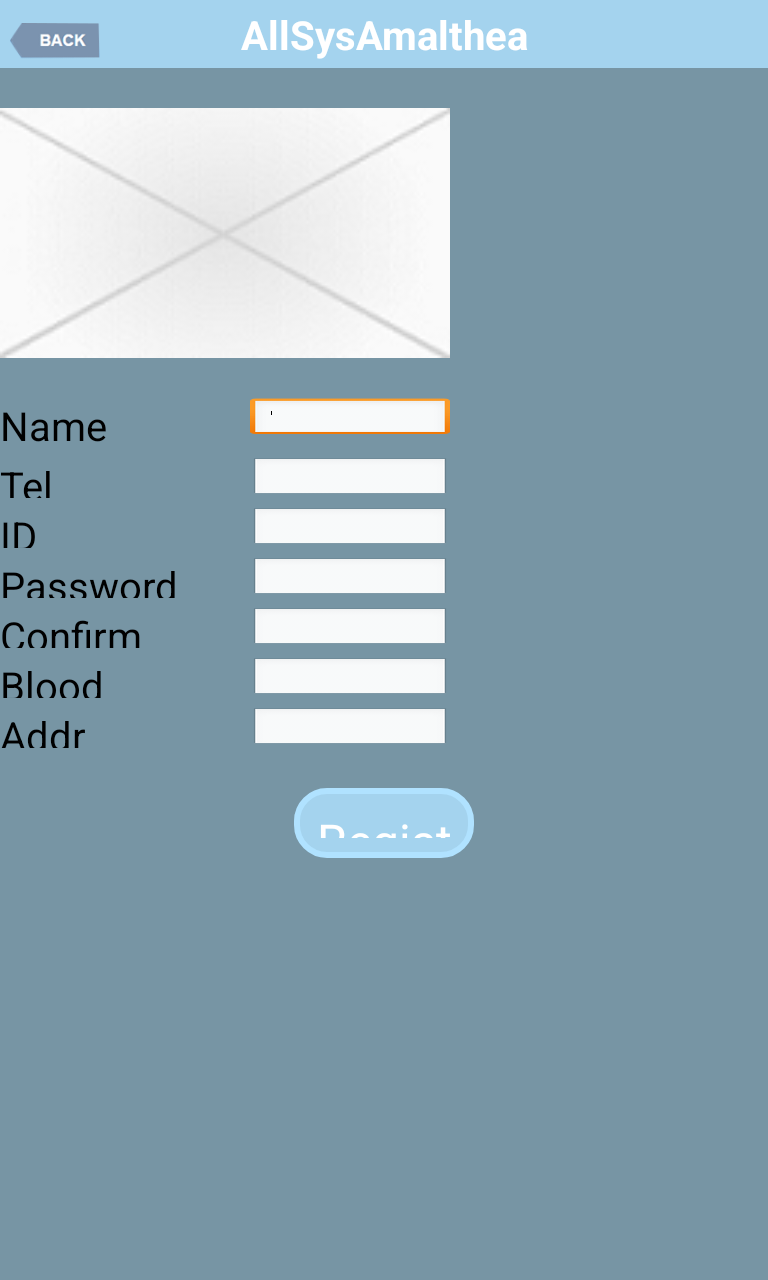
Repository: AllSysAmalthea/AllSys
Layout: APP/AppUI code/代码/Allsys/res/layout/activity_register.xml
The author's editor kept a copy of each file at every save. The layout is drawn from the files as they stood at one save, then again after the next save.
It is drawn on a 768 x 1280 px phone screen (xhdpi) without system bars, with theme android:Theme.NoTitleBar; the app's code is not run.

Above is the layout before, as saved 2015-06-08 02:38:24.

### APP/AppUI code/代码/Allsys/res/layout/activity_register.xml
<RelativeLayout xmlns:android="http://schemas.android.com/apk/res/android"
    xmlns:tools="http://schemas.android.com/tools"
    android:layout_width="match_parent"
    android:layout_height="wrap_content"
    android:layout_gravity="center_horizontal"
    android:background="@drawable/back"
    android:gravity="top"
    tools:context=".LogInActivity" >

    <AbsoluteLayout
        android:id="@+id/linearLayout1"
        android:layout_width="fill_parent"
        android:layout_height="wrap_content"
        android:orientation="horizontal" >

        <TextView
            android:id="@+id/header_text"
            android:layout_width="fill_parent"
            android:layout_height="68px"
            android:layout_x="0px"
        	android:layout_y="0px"
            android:gravity="center"
            android:singleLine="true"
            android:text="AllSysAmalthea"
            android:background="#A4D3EE"
            android:textColor="#ffffff"
            android:textSize="20sp"
            android:textStyle="bold" />

        <ImageButton
            android:id="@+id/header_left_btn"
            android:layout_width="90px"
            android:layout_height="60px"
            android:layout_x="5dp"
            android:layout_y="4dp"
            android:background="@drawable/pic2" />

    </AbsoluteLayout>

     <ImageView
         android:id="@+id/myImageView1"
         android:layout_width="450px"
         android:layout_height="250px"
         android:layout_below="@+id/linearLayout1"
         android:layout_marginTop="20dp"
         android:background="@drawable/news2" />

     <TextView
         android:id="@+id/textview1"
         android:layout_width="200px"
         android:layout_height="50px"
         android:layout_alignLeft="@+id/myImageView1"
         android:layout_below="@+id/myImageView1"
         android:layout_marginTop="20dp"
         android:textColor="#000000"
         android:textSize="20sp"
         android:text="Name" />

     <EditText
         android:id="@+id/Name"
         android:layout_width="200px"
         android:layout_height="40px"
         android:layout_alignRight="@+id/myImageView1"
         android:layout_alignTop="@+id/textview1"
         android:ems="10"
         android:textSize="20sp"
         android:inputType="textPersonName" >

         <requestFocus />
     </EditText>

     <TextView
         android:id="@+id/textView2"
         android:layout_width="200px"
         android:layout_height="40px"
         android:layout_alignLeft="@+id/textview1"
         android:layout_below="@+id/textview1"
         android:layout_marginTop="5dp"
         android:text="Tel"
         android:textColor="#000000"
         android:textSize="20sp"/>

     <EditText
         android:id="@+id/Tel"
         android:layout_width="200px"
         android:layout_height="40px"
         android:layout_alignLeft="@+id/Name"
         android:layout_alignTop="@+id/textView2"
         android:ems="10"
         android:textSize="20sp"/>

     <TextView
         android:id="@+id/textView3"
         android:layout_width="200px"
         android:layout_height="40px"
         android:layout_alignLeft="@+id/textView2"
         android:layout_below="@+id/textView2"
         android:layout_marginTop="5dp"
         android:text="ID"
         android:textColor="#000000"
         android:textSize="20sp"/>

     <EditText
         android:id="@+id/ID"
         android:layout_width="200px"
         android:layout_height="40px"
         android:layout_alignLeft="@+id/Tel"
         android:layout_alignTop="@+id/textView3"
         android:ems="10"
         android:textSize="20sp" />

     <TextView
         android:id="@+id/textView4"
         android:layout_width="200px"
         android:layout_height="40px"
         android:layout_alignLeft="@+id/textView3"
         android:layout_below="@+id/textView3"
         android:layout_marginTop="5dp"
         android:text="Password"
         android:textColor="#000000"
         android:textSize="20sp" />

     <EditText
         android:id="@+id/Password"
         android:layout_width="200px"
         android:layout_height="40px"
         android:layout_alignLeft="@+id/ID"
         android:layout_alignTop="@+id/textView4"
         android:ems="10"
         android:inputType="textPassword" />

     <TextView
         android:id="@+id/textView5"
         android:layout_width="200px"
         android:layout_height="40px"
         android:layout_alignLeft="@+id/textView4"
         android:layout_below="@+id/textView4"
         android:layout_marginTop="5dp"
         android:text="Confirm"
         android:textColor="#000000"
         android:textSize="20sp" />

     <EditText
         android:id="@+id/Confirm"
         android:layout_width="200px"
         android:layout_height="40px"
         android:layout_alignLeft="@+id/Password"
         android:layout_alignTop="@+id/textView5"
         android:ems="10"
         android:inputType="textPassword" />

     <TextView
         android:id="@+id/textView6"
         android:layout_width="200px"
         android:layout_height="40px"
         android:layout_alignLeft="@+id/textView5"
         android:layout_below="@+id/textView5"
         android:layout_marginTop="5dp"
         android:text="Blood"
         android:textColor="#000000"
         android:textSize="20sp" />

     <EditText
         android:id="@+id/Blood"
         android:layout_width="200px"
         android:layout_height="40px"
         android:layout_alignLeft="@+id/Confirm"
         android:layout_alignTop="@+id/textView6"
         android:ems="10" />

     <TextView
         android:id="@+id/textView7"
         android:layout_width="200px"
         android:layout_height="40px"
         android:layout_alignLeft="@+id/textView6"
         android:layout_below="@+id/textView6"
          android:layout_marginTop="5dp"
         android:text="Addr"
         android:textColor="#000000"
         android:textSize="20sp" />

     <EditText
         android:id="@+id/Addr"
         android:layout_width="200px"
         android:layout_height="40px"
         android:layout_alignLeft="@+id/Blood"
         android:layout_alignTop="@+id/textView7"
         android:ems="10" />

	<Button
	    android:id="@+id/Register"
	    android:layout_width="180px"
	    android:layout_height="70px"
	    android:layout_below="@+id/textView7"
	    android:layout_centerHorizontal="true"
	    android:layout_marginTop="20dp"
	    android:background="@drawable/shape3"
	    android:text="Register"
	    android:textColor="#ffffff"
	    android:textSize="24sp" />

</RelativeLayout>

### APP/AppUI code/代码/Allsys/res/drawable-mdpi/shape3.xml
<?xml version="1.0" encoding="utf-8"?>
<shape xmlns:android="http://schemas.android.com/apk/res/android"
    android:shape="rectangle" >

    <!-- 填充的颜色：这里设置背景透明 -->
    <solid android:color="#A4D3EE" />
    <!-- 边框的颜色 ：不能和窗口背景色一样-->
    <stroke
        android:width="3dp"
        android:color="#B0E2FF" />
    <!-- 设置按钮的四个角为弧形 -->
    <!-- android:radius 弧形的半径 -->
    <corners android:radius="15dip" />

    <!-- padding：Button里面的文字与Button边界的间隔 -->
    <padding
        android:bottom="10dp"
        android:left="10dp"
        android:right="10dp"
        android:top="10dp" />

</shape>

After the next save:
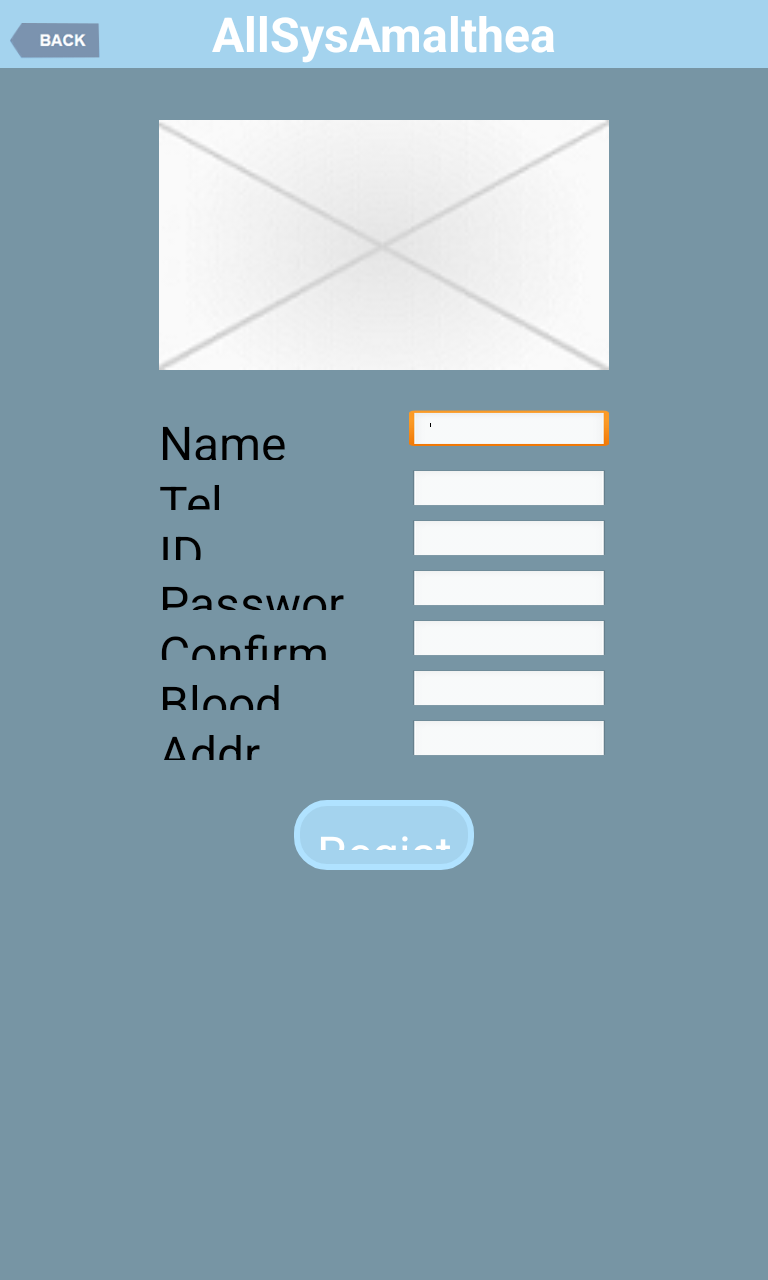
Saved 35 s later.
--- a/APP/AppUI code/代码/Allsys/res/layout/activity_register.xml
+++ b/APP/AppUI code/代码/Allsys/res/layout/activity_register.xml
@@ -24,7 +24,7 @@
             android:text="AllSysAmalthea"
             android:background="#A4D3EE"
             android:textColor="#ffffff"
-            android:textSize="20sp"
+            android:textSize="24sp"
             android:textStyle="bold" />
 
         <ImageButton
@@ -37,14 +37,6 @@
 
     </AbsoluteLayout>
 
-     <ImageView
-         android:id="@+id/myImageView1"
-         android:layout_width="450px"
-         android:layout_height="250px"
-         android:layout_below="@+id/linearLayout1"
-         android:layout_marginTop="20dp"
-         android:background="@drawable/news2" />
-
      <TextView
          android:id="@+id/textview1"
          android:layout_width="200px"
@@ -53,7 +45,7 @@
          android:layout_below="@+id/myImageView1"
          android:layout_marginTop="20dp"
          android:textColor="#000000"
-         android:textSize="20sp"
+         android:textSize="24sp"
          android:text="Name" />
 
      <EditText
@@ -63,7 +55,7 @@
          android:layout_alignRight="@+id/myImageView1"
          android:layout_alignTop="@+id/textview1"
          android:ems="10"
-         android:textSize="20sp"
+         android:textSize="24sp"
          android:inputType="textPersonName" >
 
          <requestFocus />
@@ -78,7 +70,7 @@
          android:layout_marginTop="5dp"
          android:text="Tel"
          android:textColor="#000000"
-         android:textSize="20sp"/>
+         android:textSize="24sp"/>
 
      <EditText
          android:id="@+id/Tel"
@@ -87,7 +79,7 @@
          android:layout_alignLeft="@+id/Name"
          android:layout_alignTop="@+id/textView2"
          android:ems="10"
-         android:textSize="20sp"/>
+         android:textSize="24sp"/>
 
      <TextView
          android:id="@+id/textView3"
@@ -98,7 +90,7 @@
          android:layout_marginTop="5dp"
          android:text="ID"
          android:textColor="#000000"
-         android:textSize="20sp"/>
+         android:textSize="24sp"/>
 
      <EditText
          android:id="@+id/ID"
@@ -107,7 +99,7 @@
          android:layout_alignLeft="@+id/Tel"
          android:layout_alignTop="@+id/textView3"
          android:ems="10"
-         android:textSize="20sp" />
+         android:textSize="24sp" />
 
      <TextView
          android:id="@+id/textView4"
@@ -118,7 +110,7 @@
          android:layout_marginTop="5dp"
          android:text="Password"
          android:textColor="#000000"
-         android:textSize="20sp" />
+         android:textSize="24sp" />
 
      <EditText
          android:id="@+id/Password"
@@ -138,7 +130,7 @@
          android:layout_marginTop="5dp"
          android:text="Confirm"
          android:textColor="#000000"
-         android:textSize="20sp" />
+         android:textSize="24sp" />
 
      <EditText
          android:id="@+id/Confirm"
@@ -158,7 +150,7 @@
          android:layout_marginTop="5dp"
          android:text="Blood"
          android:textColor="#000000"
-         android:textSize="20sp" />
+         android:textSize="24sp" />
 
      <EditText
          android:id="@+id/Blood"
@@ -177,7 +169,7 @@
           android:layout_marginTop="5dp"
          android:text="Addr"
          android:textColor="#000000"
-         android:textSize="20sp" />
+         android:textSize="24sp" />
 
      <EditText
          android:id="@+id/Addr"
@@ -199,4 +191,13 @@
 	    android:textColor="#ffffff"
 	    android:textSize="24sp" />
 
+	<ImageView
+	    android:id="@+id/myImageView1"
+	    android:layout_width="450px"
+	    android:layout_height="250px"
+	    android:layout_below="@+id/linearLayout1"
+	    android:layout_centerHorizontal="true"
+	    android:layout_marginTop="26dp"
+	    android:background="@drawable/news2" />
+
 </RelativeLayout>
